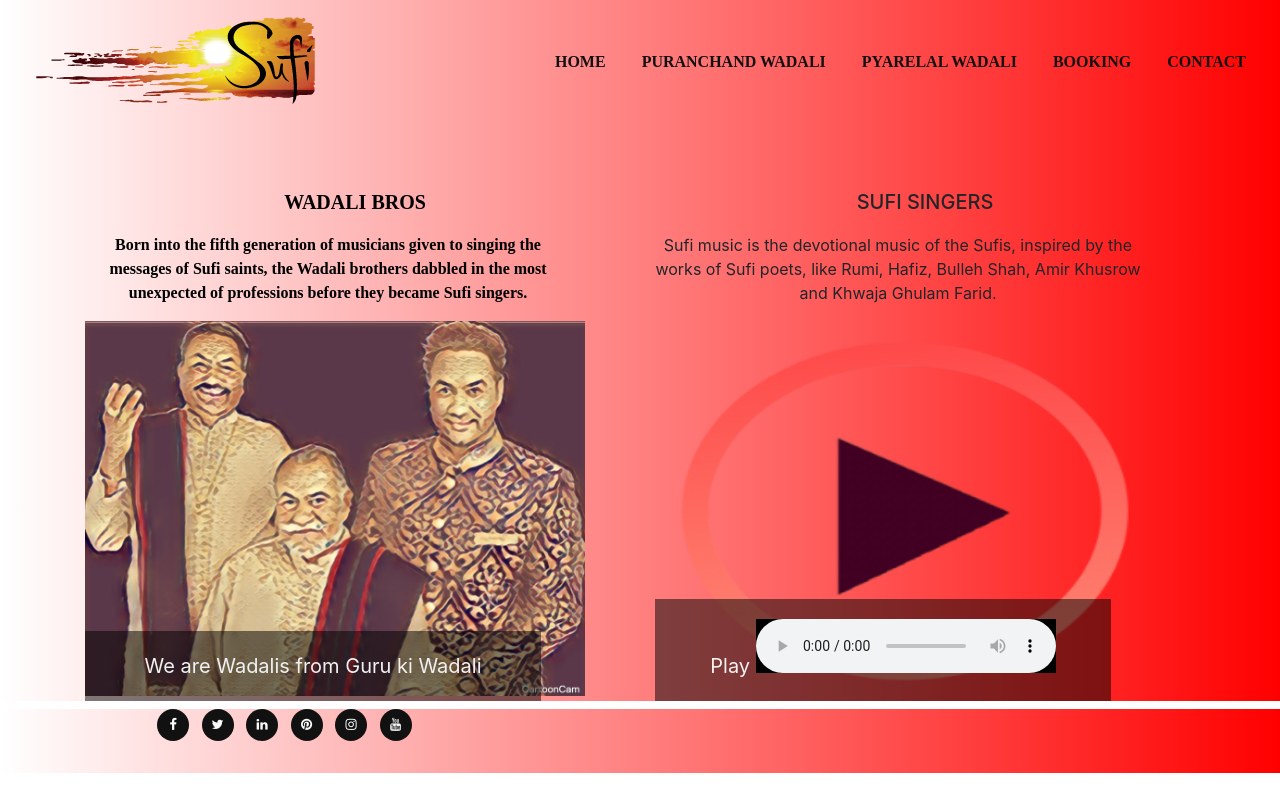
Repository: hankanallt/Wadalis
Page: index.html
The author's editor kept a record of every edit. The page is drawn from the files as they stood at one moment, then again after the next edit.
The browser window is 1280 px wide. The pictures show the whole page.

Above is the page before.

After the next edit:
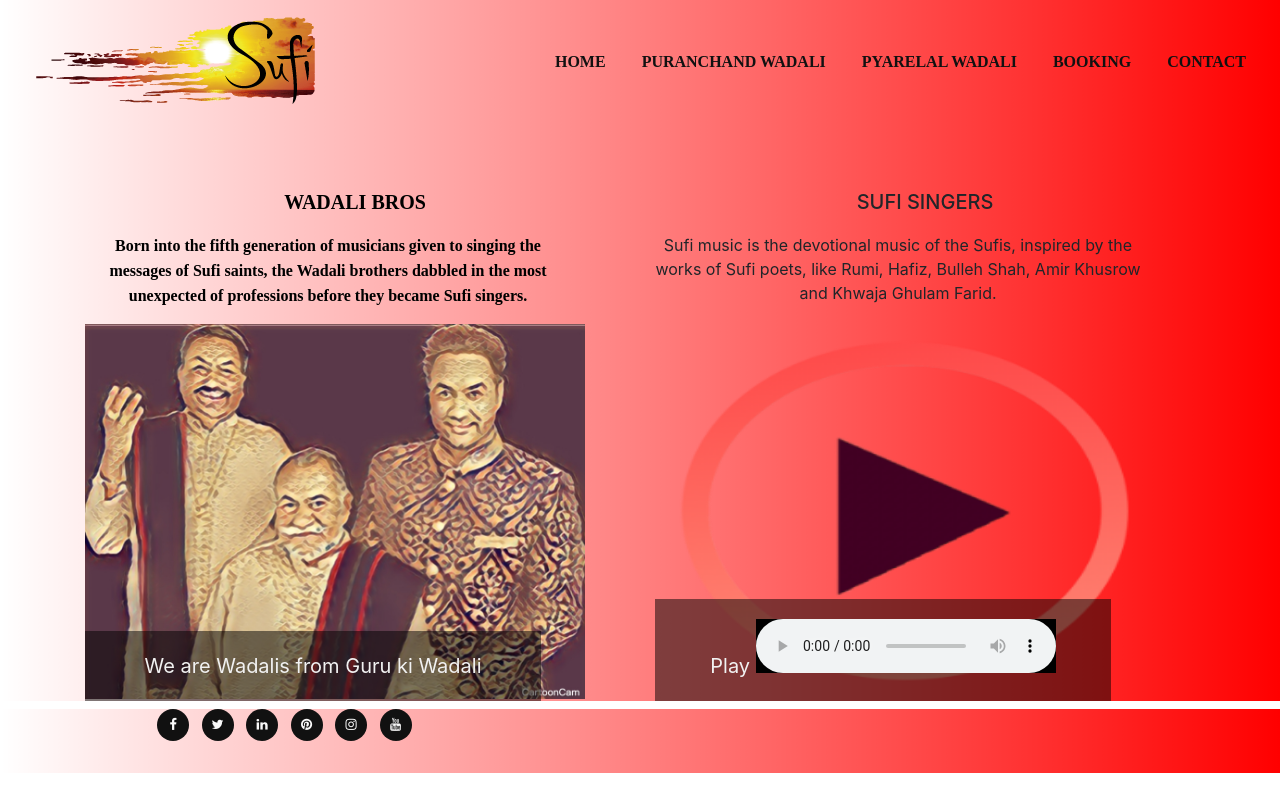
The edit:
--- a/index.html
+++ b/index.html
@@ -58,7 +58,7 @@
 
           <p class="title"><a href="#">WADALI BROS</p>
           <p class="center">Born into the fifth generation of musicians given to singing the messages of Sufi saints,
-            the Wadali brothers dabbled in the most unexpected of professions before they became Sufi singers.
+            the Wadali brothers dabbled in the most unexpected of professions before they became Sufi singers.</a>
           </p>
           <a href="https://www.hindustantimes.com/music/sufi-style-joining-the-wadali-family-tradition-with-a-twist-of-fusion/story-YBfGZiv7FvyeA1krT0Z8UJ.html"><img src="images/wadalibros.jpg" width="500"></a>
           <div class="overlay">We are Wadalis from Guru ki Wadali
